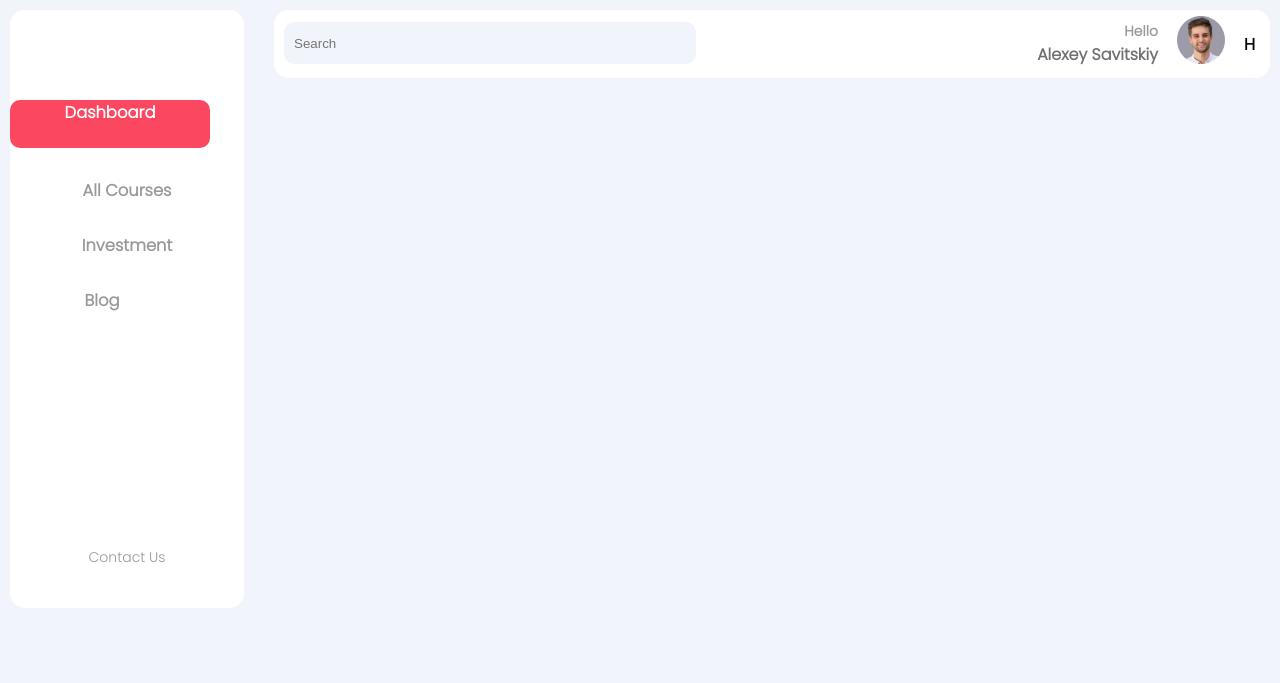
Repository: Anuruddha00/dashboard-design
Page: /
The author's editor kept a copy of each file at every save. The page is drawn from the files as they stood at one save, then again after the next save.
The browser window is 1280 px wide. The pictures show the whole page.
The project was rebuilt for these pictures with package versions that can differ from the ones it lists, and the page was loaded fresh each time.

Above is the page before, as saved 2021-05-07 11:05:20.

### public/index.html
<!DOCTYPE html>
<html lang="en">
  <head>
    <meta charset="utf-8" />
    <link rel="icon" href="%PUBLIC_URL%/favicon.ico" />
    <meta name="viewport" content="width=device-width, initial-scale=1" />
    <meta name="theme-color" content="#000000" />
    <meta
      name="description"
      content="Web site created using create-react-app"
    />
    <link rel="apple-touch-icon" href="%PUBLIC_URL%/logo192.png" />

    <link rel="preconnect" href="https://fonts.gstatic.com">
    <link href="https://fonts.googleapis.com/css2?family=Poppins:wght@300&display=swap" rel="stylesheet">

    <!--
      manifest.json provides metadata used when your web app is installed on a
      user's mobile device or desktop. See https://developers.google.com/web/fundamentals/web-app-manifest/
    -->
    <link rel="manifest" href="%PUBLIC_URL%/manifest.json" />
    <!--
      Notice the use of %PUBLIC_URL% in the tags above.
      It will be replaced with the URL of the `public` folder during the build.
      Only files inside the `public` folder can be referenced from the HTML.

      Unlike "/favicon.ico" or "favicon.ico", "%PUBLIC_URL%/favicon.ico" will
      work correctly both with client-side routing and a non-root public URL.
      Learn how to configure a non-root public URL by running `npm run build`.
    -->
    <title>React App</title>
  </head>
  <body>
    <noscript>You need to enable JavaScript to run this app.</noscript>
    <div id="root"></div>
    <!--
      This HTML file is a template.
      If you open it directly in the browser, you will see an empty page.

      You can add webfonts, meta tags, or analytics to this file.
      The build step will place the bundled scripts into the <body> tag.

      To begin the development, run `npm start` or `yarn start`.
      To create a production bundle, use `npm run build` or `yarn build`.
    -->
  </body>
</html>

### src/index.js
import React from 'react';
import ReactDOM from 'react-dom';
import Dashboard from './containers/Dashboard/Dashboard';
import reportWebVitals from './reportWebVitals';

ReactDOM.render(
  <React.StrictMode>
    <Dashboard />
  </React.StrictMode>,
  document.getElementById('root')
);

// If you want to start measuring performance in your app, pass a function
// to log results (for example: reportWebVitals(console.log))
// or send to an analytics endpoint. Learn more: https://bit.ly/CRA-vitals
reportWebVitals();

### src/containers/Dashboard/Dashboard.js
import React from 'react';
import './Dashboard.scss';

const dashboard = () =>{

    return(
        <div className='container'>
            <div className='dashboard'>
                <div className='dashboardSideBar'>
                   <div className='dashboardSideBarTitle'>
                        <h3 className='dashboardSideBarTitleDashboard'>Dashboard</h3>
                        <h3 className='dashboardSideBarTitleCourses'>All Courses</h3>
                        <h3 className='dashboardSideBarTitleInvestment'>Investment</h3>
                        <h3 className='dashboardSideBarTitleBlog'>Blog</h3>
                   </div>
                   <div className='dashboardSideBarContact'>
                        <p>Contact Us</p>
                   </div>
                </div>
                <div className='dashboardMenu'>
                    <section className='content'>
                        <nav className='contentNavbar'>
                            <div className='contentNavbarSearch'>
                                <form>
                                    <input type='text' placeholder='Search'/>
                                </form>
                            </div>
                            <div className='contentNavbarProfile'>
                                <div className='contentNavbarProfileName'>
                                    <h3>Hello</h3>
                                    <h2>Alexey Savitskiy</h2>
                                </div>
                                <img src='./assets/Image 9.png'/>
                                <h1>H</h1>
                            </div>
                        </nav>
                        <div className='contentBody'>

                        </div>
                   </section>
                </div>
            </div>
        </div>
    )

}
export default dashboard;

### src/containers/Dashboard/Dashboard.scss

body{
    margin: 0;
    padding: 0;
    font-size: 0.875rem;
    font-family: 'Poppins', sans-serif;

}

.container{
    background: #f1f5fb;
    height: 100vh;

    .dashboard{
        display: grid;
        grid-template-columns: 1fr 4fr;
        gap:10px;
        grid-auto-rows: minmax(100px, auto);

        &SideBar{
            grid-column: 1;
            grid-row: 1 / 6;
            border-radius: 15px;
            background: #ffffff;
            margin: 10px;

            &Title{
                margin-top: 90px;
                font-size: 14px;

                &Dashboard{
                    background:#fc4760;
                    border-radius: 10px;
                    text-align: center;
                    // padding: 10px 10px 10px 10px;
                    // margin: 10px 15px 10px 15px;
                    width: 200px;
                    height: 48px;
                    color: #ffffff;

                }
                &Courses{
                    text-align: center;
                    margin-top: 30px;
                    color: #9a9999;
                }
                &Investment{
                    text-align: center;
                    margin-top: 30px;
                    color: #9a9999;
                }
                &Blog{
                    text-align: center;
                    margin-top: 30px;
                    margin-right: 50px;
                    color: #9a9999;
                }
            }
            &Contact{
                margin-top: 100%;

                p{
                    text-align: center;
                    color: #9a9999;
                    margin-bottom: 40px;
                }

            }
        }
        &Menu{
            // border: 1px solid red;
            grid-column: 2;
            grid-row: 1 / 6;
            margin: 10px;

            .content{
                display: grid;
                grid-template-rows:1fr 3fr ;
                gap:10px;

                &Navbar{
                    display: grid;
                    grid-template-columns: 1fr 1fr;
                    background: #ffffff;
                    border-radius: 15px;

                    &Search{

                        input{
                            background: #f1f5fb;
                            border-style: none;
                            padding-left: 10px;
                            width: 400px;
                            height: 40px;
                            margin: 12px 0 0 10px;
                            border-radius: 10px;

                        }
                    }
                    &Profile{
                        display: flex;
                        flex-direction: row;
                        justify-content: flex-end;
                        gap: 1em;
                        margin-right: 15px;
                        align-items: center;
                        height: 68px;

                        &Name{
                            text-align: end;
                            margin-top: 0;

                            h3{
                                color: #9a9999;
                                margin: 0;
                                font-size: 14px;
                            }
                            h2{
                                margin: 0;
                                font-size: 16px;
                                color: #707070;
                            }
                        }
                    }
                }
            }
        }
    }
}

Loaded but not shown: src/reportWebVitals.js (common file)

After the next save:
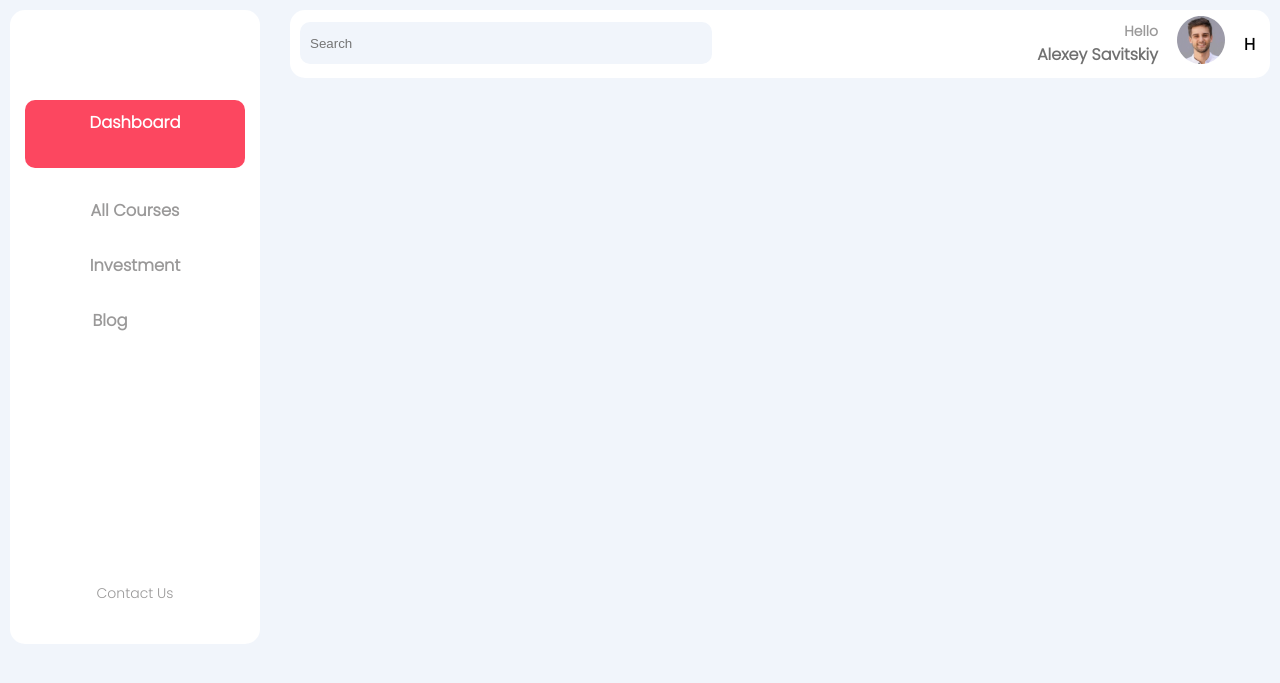
Saved 39 s later.
--- a/src/containers/Dashboard/Dashboard.scss
+++ b/src/containers/Dashboard/Dashboard.scss
@@ -32,8 +32,8 @@ body{
                     background:#fc4760;
                     border-radius: 10px;
                     text-align: center;
-                    // padding: 10px 10px 10px 10px;
-                    // margin: 10px 15px 10px 15px;
+                    padding: 10px 10px 10px 10px;
+                    margin: 10px 15px 10px 15px;
                     width: 200px;
                     height: 48px;
                     color: #ffffff;
